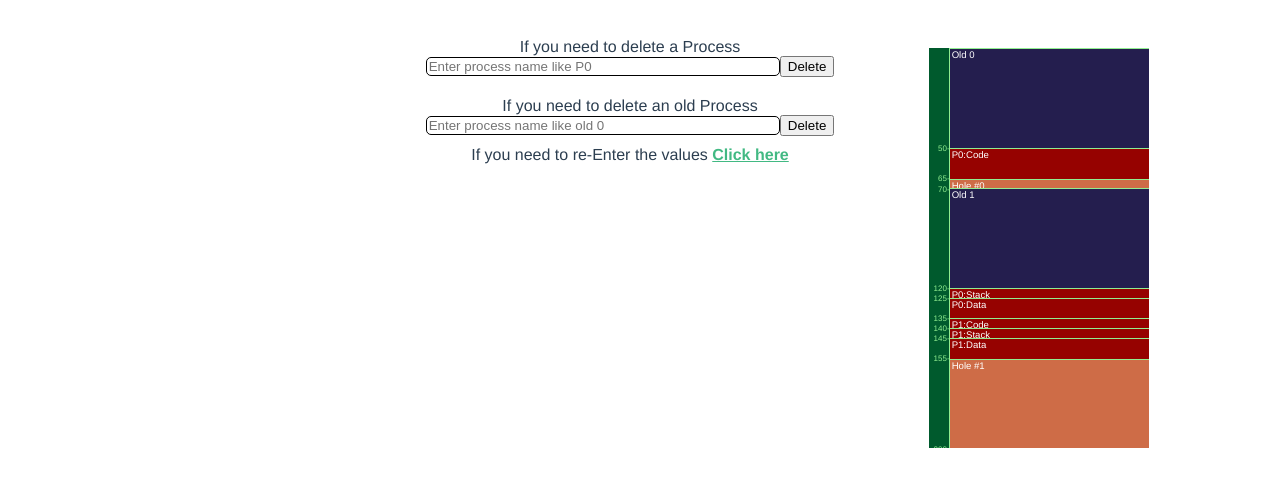
Repository: atout811/memory-allocation-project
Page: /#/final
An editor plug-in stored every save of this project. The page is shown before and after the next save, followed by the edit.
The browser window is 1280 px wide. The pictures show the whole page.
The project was rebuilt for these pictures with package versions that can differ from the ones it lists, and the page was loaded fresh each time. Also part of the build but not shown: src/views/MemoryAndHoles.vue, src/views/Process.vue, src/views/Methods.vue.

Above is the page before, as saved 2021-06-10 18:54:04.

### src/App.vue
<template>
  <router-view v-slot="{ Component }">
    <transition name="fade" mode="out-in">
      <component :is="Component" />
    </transition>
  </router-view>
</template>
<script>
import MemHole from "./views/MemoryAndHoles.vue";
export default {
  name: "App",
  components: { MemHole },
};
</script>
<style lang="scss">
#app {
  font-family: Avenir, Helvetica, Arial, sans-serif;
  -webkit-font-smoothing: antialiased;
  -moz-osx-font-smoothing: grayscale;
  text-align: center;
  color: #2c3e50;
  display: flex;
  flex-direction: column;
  align-items: center;
}
a {
  font-weight: bold;
  color: #42b983;

  &.router-link-exact-active {
    color: #42b983;
  }
}
.fade-enter-active,
.fade-leave-active {
  transition: opacity 0.5s ease;
}
.fade-enter-from, .fade-leave-to /* .fade-leave-active below version 2.1.8 */ {
  opacity: 0;
}
</style>

### src/views/Final.vue
<template>
  <div class="cont">
    <div class="inputs">
      <div>
        If you need to delete a Process
        <input
          type="text"
          placeholder="Enter process name like P0"
          v-model="delProcess"
          class="txt"
        />
        <input
          type="Button"
          value="Delete"
          placeholder="Enter process name like P0"
          @click="deleteProcess(delProcess, false, true)"
        />
      </div>
      <div>
        If you need to delete an old Process
        <input
          type="text"
          placeholder="Enter process name like old 0"
          v-model="delOld"
          class="txt"
        />
        <input
          type="Button"
          value="Delete"
          placeholder="Enter process name like P0"
          @click="deleteProcess(delOld, true, true)"
        />
        <div>
          If you need to re-Enter the values
          <router-link to="/"> Click here </router-link>
        </div>
      </div>
    </div>
    <div class="mem">
      <div class="memory"></div>
    </div>
  </div>
</template>

<script>
export default {
  name: "Final",

  data() {
    return {
      data: this.$store.state.input,
      delProcess: "",
      delOld: "",
    };
  },
  created: function () {
    let data = this.data;
    this.$store.state.input.Holes = data.Holes.map((item) => [
      Number(item.starting),
      Number(item.size),
    ]);

    let test = [];
    for (let index = 0; index < data.Processes.length; index++) {
      let item = data.Processes[index].segments;
      let temp = {};
      for (let j = 0; j < item.length; j++) {
        temp[item[j].name] = [Number(item[j].size)];
      }
      test[index] = [null, temp, data.Processes[index].name];
    }
    this.$store.state.input.Processes = [...test];
  },
  methods: {
    deleteProcess: function (delProcess, isOld) {
      const memory = document.querySelector("div.cont div.mem > .memory");

      const scale = 2;
      let data = this.data;
      let holes = data.Holes;
      // data.Holes.map((item) => [
      //   Number(item.starting),
      //   Number(item.size),
      // ]);

      // let holes = [
      //   [140, 100],
      //   [40, 80],
      //   [260, 90],
      // ];

      let totalMemorySize = Number(data.memSize);
      function orderHoles() {
        holes = holes.sort((a, b) => a[0] - b[0]);
      }
      function renderMemory() {
        memory.style.height = `${totalMemorySize * scale}px`;
      }
      renderMemory();
      let obj = {};
      // let test = data.Processes.map((item) => [
      //   null,
      //   item.segments.forEach((el) => {
      //     return Object.assign({ [el.name]: [Number(el.size)] });
      //   }),
      //   item.name,
      // ]);
      // let test = [];
      // for (let index = 0; index < data.Processes.length; index++) {
      //   let item = data.Processes[index].segments;
      //   let temp = {};
      //   for (let j = 0; j < item.length; j++) {
      //     temp[item[j].name] = [Number(item[j].size)];
      //   }
      //   test[index] = [null, temp, data.Processes[index].name];
      // }
      let processes = data.Processes;

      // processes = [
      //   [null, { code: [10], data: [30], stack: [16] }, "p1"],
      //   [null, { code: [15], data: [30], stack: [25] }, "p3"],
      //   [null, { code: [10], data: [40], stack: [18] }, "p2"],
      //   [null, { code: [12], data: [10], stack: [12] }, "p4"],
      // ]; //start,size,name
      console.log("prooooooooooocess: ", processes);
      let OldProcess = [];

      function generateOldProcess() {
        const firstHoleStart = holes[0][0];
        let flag;
        if (firstHoleStart > 0) {
          OldProcess.push([0, firstHoleStart, `old ${0}`]);
        }

        for (let h = 0; h < holes.length; h++) {
          const holeStart = holes[h][0];
          const HoleSize = holes[h][1];
          const HoleEnd = holeStart + HoleSize;

          if (h === holes.length - 1) {
            const lastHole = totalMemorySize - HoleEnd;
            if (HoleEnd < totalMemorySize)
              OldProcess.push([HoleEnd, lastHole, `old ${h + 1}`]);
          } else {
            const nextStart = holes[h + 1][0];
            OldProcess.push([HoleEnd, nextStart - HoleEnd, `old ${h + 1}`]);
          }
        }
      }
      // alert(holes[0][0])
      function renderHoles(type, holes) {
        // holes ==>
        for (let hole = 0; hole < holes.length; hole += 1) {
          const startingIndex = holes[hole][0];
          const size = holes[hole][1];

          // alert(hole)
          const holeBox = document.createElement("div");
          if (type === "old") {
            holeBox.innerText = holes[hole][2];
            holeBox.classList.add("oldProcess");
          } else if (type === "hole") {
            holeBox.innerText = "Hole #" + hole;
            holeBox.classList.add("hole");
          } else if (type === "process") {
            holeBox.innerText = holes[hole][2];
            holeBox.classList.add("process");
          }

          holeBox.style.top = `${startingIndex * scale}px`;
          holeBox.style.height = `${size * scale}px`;
          const endSize = document.createElement("span");
          const endSizeContainer = document.createElement("div");
          endSizeContainer.classList.add("endSizeContainer");
          endSizeContainer.appendChild(endSize);
          endSize.innerText = startingIndex + size;

          endSize.classList.add("holeEndIndex");
          if (startingIndex !== null) {
            holeBox.appendChild(endSizeContainer);
            memory.appendChild(holeBox);
          } else {
            // ERROR THE PROCESS CAN'T BE ALLOCATED
          }
        }
      }

      const totalProcessSize = (process) =>
        Object.values(process).reduce((prev, acc) => prev + acc);

      let method = data.Method;
      function allocate() {
        for (let p = 0; p < processes.length; p++) {
          // DON'T TOUCH MY SHIT 😡😡😡
          // firstFit(processes[p])
          if (method == "first-fit") {
            console.log("First");
            firstFit(processes[p]);
          } else if (method == "best-fit") {
            console.log("Best");
            bestFit(processes[p], true);
          } else if (method == "worse-fit") {
            console.log("Worse");
            bestFit(processes[p], false);
          }
        }
        console.log("PROCCESES", processes);
      }

      function getSmallestHole(tempHoles, segmentSize, isBest) {
        let smallestHole = isBest ? [0, 1000000] : [0, 0];

        tempHoles.forEach((hole, index) => {
          const [holeStart, holeSize] = hole;
          if (isBest) {
            if (holeSize > segmentSize && smallestHole[1] > holeSize) {
              smallestHole = hole;
              smallestHole[2] = index;
            } else if (
              smallestHole[2] === undefined &&
              index === tempHoles.length - 1
            ) {
              // couldn't find hole
              smallestHole[2] = -1;
            }
          } else {
            // worse fit (let largest hole)
            if (holeSize > segmentSize && smallestHole[1] < holeSize) {
              smallestHole = hole;
              smallestHole[2] = index;
            } else if (
              smallestHole[2] === undefined &&
              index === tempHoles.length - 1
            ) {
              // couldn't find hole
              smallestHole[2] = -1;
            }
          }
        });
        return smallestHole;
      }

      function bestFit(p, isBest) {
        // Allocate in the smallest hole
        const segments = p[1];
        let isAllProcessAllocated = true;
        let tempHoles = JSON.parse(JSON.stringify(holes));
        Object.entries(segments).forEach(
          // for each segment
          ([name, value]) => {
            const segmentSize = value[0];
            let smallest = getSmallestHole(tempHoles, segmentSize, isBest);
            const [holeStart, holeEnd, holeIndex] = smallest;
            if (holeIndex == -1) {
              console.log("PROCESS CAN NOt BE ALLOCATED", p);
              isAllProcessAllocated = false;
              p[0] = true;
            }

            value[1] = smallest[0];
            const segEnd = segmentSize + holeStart;

            if (holeIndex !== -1) {
              tempHoles[holeIndex][0] = segEnd;
              const oldHoleSize = tempHoles[holeIndex][1];
              tempHoles[holeIndex][1] = oldHoleSize - segmentSize;
            } else {
              console.log("BUBUBUB", holeIndex);
            }

            //    console.log("value",value)
            //    console.log("smallestHole",smallest)
            console.log("_________________");
          }
        );
        if (isAllProcessAllocated) holes = tempHoles;
      }

      function firstFit(p) {
        // forEach segment loop over the holes
        // create a temp allocation array
        // that array
        // const size =totalProcessSize
        const segments = p[1];
        let isAllProcessAllocated = true;
        let tempHoles = JSON.parse(JSON.stringify(holes));

        Object.entries(segments).forEach(([name, value]) => {
          tempHoles.every((hole, index) => {
            const [holeStart, holeSize] = hole;
            let [size, segmentStartingIndex] = value;
            if (size <= holeSize) {
              value[1] = tempHoles[index][0];
              const segEnd = size + holeStart;
              tempHoles[index][0] = segEnd;
              tempHoles[index][1] = tempHoles[index][1] - size;
              return false;
            } else {
              if (index === tempHoles.length - 1) {
                //😞 مش لاقي مكان
                isAllProcessAllocated = false;
                console.log("CATCH", p);
                p[0] = true;
              }
              return true;
            }
          });
        });
        if (isAllProcessAllocated) {
          holes = tempHoles;
        }
      }

      function renderProcess() {
        processes.forEach((p) => {
          // loop over segments:
          if (!p[0]) {
            Object.keys(p[1]).forEach((s) => {
              // console.log("SEGMEMT",[p[1][s][1],[p[1][s]][0]])
              renderHoles("process", [
                [p[1][s][1], p[1][s][0], `${p[2]}:${s}`],
              ]);
            });
          }
          // }else{
          // PROCESS CAN NOT BE ALLOCATED (NO ENGOUGH SPACE!)
          // }
        });
      }

      function concateHoles() {
        holes.forEach((h, index) => {
          const [start, size] = h;
          if (index < holes.length - 1) {
            const end = start + size;
            const [nextStart, nextSize] = holes[index + 1];
            if (end >= nextStart) {
              holes[index][1] = nextStart + nextSize - start;
              holes = [...holes.slice(0, index + 1), ...holes.slice(index + 2)];
              concateHoles();
            }
          }
        });
      }

      function deleteProcess(processName, isOld) {
        // create a hole
        console.log(
          "--------------------------------------------------------------------------------"
        );

        let start, ProcessSize, AfterDelete, segments;
        if (isOld) {
          // deleteProcess()
          const processIndex = OldProcess.findIndex(
            (p) => p[2] === processName
          );
          AfterDelete = [
            ...OldProcess.slice(0, processIndex),
            ...OldProcess.slice(processIndex + 1),
          ];
          // [start,segments,name] =processes[processIndex]
          start = OldProcess[processIndex][0];
          ProcessSize = OldProcess[processIndex][1];

          OldProcess = AfterDelete;
          holes.push([start, ProcessSize]);
        } else {
          const processIndex = processes.findIndex((p) => p[2] === processName);
          console.log("INDDDEX", processIndex);
          AfterDelete = [
            ...processes.slice(0, processIndex),
            ...processes.slice(processIndex + 1),
          ];
          //  recover Holes
          const [starter, segments] = processes[processIndex];
          Object.values(segments).forEach(([size, starting]) => {
            console.log(size, starting);
            holes.push([starting, size]);
          });
          processes = AfterDelete;
          console.log(processes);
          // console.log("hey", this.$store.state.input.Processes);
        }

        orderHoles();
        concateHoles();
        // [null,{code:10,data:30,stack:16},"p1"]
        render();
      }
      orderHoles();
      concateHoles();
      generateOldProcess();
      // deleteProcess("old 0",true)
      // deleteProcess("old 2",true)
      allocate();

      function clear() {
        while (memory.firstChild) {
          memory.removeChild(memory.lastChild);
        }
      }

      function render() {
        clear();
        renderHoles("hole", holes);
        renderHoles("old", OldProcess);
        renderProcess();
      }
      render();
      if (delProcess.length) {
        deleteProcess(delProcess, isOld);
      }
      // deleteProcess("p2",false)
      // deleteProcess("p1",false)
      // deleteProcess("p4",false)
    },
  },
  mounted: function () {
    const memory = document.querySelector("div.cont div.mem > .memory");
    console.log(memory);
    const scale = 2;
    let data = this.data;

    let holes = data.Holes;
    // data.Holes.map((item) => [
    //   Number(item.starting),
    //   Number(item.size),
    // ]);

    // let holes = [
    //   [140, 100],
    //   [40, 80],
    //   [260, 90],
    // ];

    let totalMemorySize = Number(data.memSize);
    function orderHoles() {
      holes = holes.sort((a, b) => a[0] - b[0]);
    }
    function renderMemory() {
      memory.style.height = `${totalMemorySize * scale}px`;
    }
    renderMemory();
    let obj = {};
    // let test = data.Processes.map((item) => [
    //   null,
    //   item.segments.forEach((el) => {
    //     return Object.assign({ [el.name]: [Number(el.size)] });
    //   }),
    //   item.name,
    // ]);
    // let test = [];
    // for (let index = 0; index < data.Processes.length; index++) {
    //   let item = data.Processes[index].segments;
    //   let temp = {};
    //   for (let j = 0; j < item.length; j++) {
    //     temp[item[j].name] = [Number(item[j].size)];
    //   }
    //   test[index] = [null, temp, data.Processes[index].name];
    // }
    let processes = data.Processes;
    console.log("prooooooooooocess: ", processes);
    let OldProcess = [];

    function generateOldProcess() {
      const firstHoleStart = holes[0][0];

      if (firstHoleStart > 0) {
        OldProcess.push([0, firstHoleStart, `old ${0}`]);
      }

      for (let h = 0; h < holes.length; h++) {
        const holeStart = holes[h][0];
        const HoleSize = holes[h][1];
        const HoleEnd = holeStart + HoleSize;

        if (h === holes.length - 1) {
          const lastHole = totalMemorySize - HoleEnd;
          if (HoleEnd < totalMemorySize)
            OldProcess.push([HoleEnd, lastHole, `old ${h + 1}`]);
        } else {
          const nextStart = holes[h + 1][0];
          OldProcess.push([HoleEnd, nextStart - HoleEnd, `old ${h + 1}`]);
        }
      }
    }
    // alert(holes[0][0])
    function renderHoles(type, holes) {
      // holes ==>
      for (let hole = 0; hole < holes.length; hole += 1) {
        const startingIndex = holes[hole][0];
        const size = holes[hole][1];

        // alert(hole)
        const holeBox = document.createElement("div");
        if (type === "old") {
          holeBox.innerText = holes[hole][2];
          holeBox.classList.add("oldProcess");
        } else if (type === "hole") {
          holeBox.innerText = "Hole #" + hole;
          holeBox.classList.add("hole");
        } else if (type === "process") {
          holeBox.innerText = holes[hole][2];
          holeBox.classList.add("process");
        }

        holeBox.style.top = `${startingIndex * scale}px`;
        holeBox.style.height = `${size * scale}px`;
        const endSize = document.createElement("span");
        const endSizeContainer = document.createElement("div");
        endSizeContainer.classList.add("endSizeContainer");
        endSizeContainer.appendChild(endSize);
        endSize.innerText = startingIndex + size;

        endSize.classList.add("holeEndIndex");
        if (startingIndex !== null) {
          holeBox.appendChild(endSizeContainer);
          memory.appendChild(holeBox);
        } else {
          // ERROR THE PROCESS CAN'T BE ALLOCATED
        }
      }
    }

    const totalProcessSize = (process) =>
      Object.values(process).reduce((prev, acc) => prev + acc);

    let method = data.Method;
    function allocate() {
      for (let p = 0; p < processes.length; p++) {
        // DON'T TOUCH MY SHIT 😡😡😡
        // firstFit(processes[p])
        if (method == "first-fit") {
          console.log("First");
          firstFit(processes[p]);
        } else if (method == "best-fit") {
          console.log("Best");
          bestFit(processes[p], true);
        } else if (method == "worse-fit") {
          console.log("Worse");
          bestFit(processes[p], false);
        }
      }
      console.log("PROCCESES", processes);
    }

    function getSmallestHole(tempHoles, segmentSize, isBest) {
      let smallestHole = isBest ? [0, 1000000] : [0, 0];

      tempHoles.forEach((hole, index) => {
        const [holeStart, holeSize] = hole;
        if (isBest) {
          if (holeSize > segmentSize && smallestHole[1] > holeSize) {
            smallestHole = hole;
            smallestHole[2] = index;
          } else if (
            smallestHole[2] === undefined &&
            index === tempHoles.length - 1
          ) {
            // couldn't find hole
            smallestHole[2] = -1;
          }
        } else {
          // worse fit (let largest hole)
          if (holeSize > segmentSize && smallestHole[1] < holeSize) {
            smallestHole = hole;
            smallestHole[2] = index;
          } else if (
            smallestHole[2] === undefined &&
            index === tempHoles.length - 1
          ) {
            // couldn't find hole
            smallestHole[2] = -1;
          }
        }
      });
      return smallestHole;
    }

    function bestFit(p, isBest) {
      // Allocate in the smallest hole
      const segments = p[1];
      let isAllProcessAllocated = true;
      let tempHoles = JSON.parse(JSON.stringify(holes));
      Object.entries(segments).forEach(
        // for each segment
        ([name, value]) => {
          const segmentSize = value[0];
          let smallest = getSmallestHole(tempHoles, segmentSize, isBest);
          const [holeStart, holeEnd, holeIndex] = smallest;
          if (holeIndex == -1) {
            console.log("PROCESS CAN NOt BE ALLOCATED", p);
            isAllProcessAllocated = false;
            p[0] = true;
          }

          value[1] = smallest[0];
          const segEnd = segmentSize + holeStart;

          if (holeIndex !== -1) {
            tempHoles[holeIndex][0] = segEnd;
            const oldHoleSize = tempHoles[holeIndex][1];
            tempHoles[holeIndex][1] = oldHoleSize - segmentSize;
          } else {
            console.log("BUBUBUB", holeIndex);
          }

          //    console.log("value",value)
          //    console.log("smallestHole",smallest)
          console.log("_________________");
        }
      );
      if (isAllProcessAllocated) holes = tempHoles;
    }

    function firstFit(p) {
      // forEach segment loop over the holes
      // create a temp allocation array
      // that array
      // const size =totalProcessSize
      const segments = p[1];
      let isAllProcessAllocated = true;
      let tempHoles = JSON.parse(JSON.stringify(holes));

      Object.entries(segments).forEach(([name, value]) => {
        tempHoles.every((hole, index) => {
          const [holeStart, holeSize] = hole;
          let [size, segmentStartingIndex] = value;
          if (size <= holeSize) {
            value[1] = tempHoles[index][0];
            const segEnd = size + holeStart;
            tempHoles[index][0] = segEnd;
            tempHoles[index][1] = tempHoles[index][1] - size;
            return false;
          } else {
            if (index === tempHoles.length - 1) {
              //😞 مش لاقي مكان
              isAllProcessAllocated = false;
              console.log("CATCH", p);
              p[0] = true;
            }
            return true;
          }
        });
      });
      if (isAllProcessAllocated) {
        holes = tempHoles;
      }
    }

    function renderProcess() {
      processes.forEach((p) => {
        // loop over segments:
        if (!p[0]) {
          Object.keys(p[1]).forEach((s) => {
            // console.log("SEGMEMT",[p[1][s][1],[p[1][s]][0]])
            renderHoles("process", [[p[1][s][1], p[1][s][0], `${p[2]}:${s}`]]);
          });
        }
        // }else{
        // PROCESS CAN NOT BE ALLOCATED (NO ENGOUGH SPACE!)
        // }
      });
    }

    function concateHoles() {
      holes.forEach((h, index) => {
        const [start, size] = h;
        if (index < holes.length - 1) {
          const end = start + size;
          const [nextStart, nextSize] = holes[index + 1];
          if (end >= nextStart) {
            holes[index][1] = nextStart + nextSize - start;
            holes = [...holes.slice(0, index + 1), ...holes.slice(index + 2)];
            concateHoles();
          }
        }
      });
    }

    function deleteProcess(processName, isOld) {
      // create a hole
      let start, ProcessSize, AfterDelete, segments;
      if (isOld) {
        // deleteProcess()
        const processIndex = OldProcess.findIndex((p) => p[2] === processName);
        AfterDelete = [
          ...OldProcess.slice(0, processIndex),
          ...OldProcess.slice(processIndex + 1),
        ];
        // [start,segments,name] =processes[processIndex]
        start = OldProcess[processIndex][0];
        ProcessSize = OldProcess[processIndex][1];

        OldProcess = AfterDelete;
        holes.push([start, ProcessSize]);
      } else {
        const processIndex = processes.findIndex((p) => p[2] === processName);
        console.log("INDDDEX", processIndex);
        AfterDelete = [
          ...processes.slice(0, processIndex),
          ...processes.slice(processIndex + 1),
        ];
        //  recover Holes
        const [starter, segments] = processes[processIndex];
        Object.values(segments).forEach(([size, starting]) => {
          console.log(size, starting);
          holes.push([starting, size]);
        });
        processes = AfterDelete;
      }

      orderHoles();
      concateHoles();
      // [null,{code:10,data:30,stack:16},"p1"]
      render();
    }
    orderHoles();
    concateHoles();
    generateOldProcess();
    // deleteProcess("old 0",true)
    // deleteProcess("old 2",true)
    allocate();

    function clear() {
      while (memory.firstChild) {
        memory.removeChild(memory.lastChild);
      }
    }

    function render() {
      clear();
      renderHoles("hole", holes);
      renderHoles("old", OldProcess);
      renderProcess();
    }
    render();

    //deleteProcess("P2", false);
    // deleteProcess("p1",false)
    // deleteProcess("p4",false)
  },
};
</script>

<style scoped >
/* .memory >>> body {
  display: flex;
  flex-direction: column;
  justify-content: right;
  height: 100vh;

  margin: 0;
  font-family: "Courier New", Courier, monospace;
} */
div {
  margin: 10px;
}
.txt {
  width: 70%;
  border-radius: 5px;
  border: 1px solid;
}
.cont {
  display: grid;
}
.inputs {
  grid-column: 1;
  display: flex;
  flex-direction: column;
}
.memory >>> h1 {
  color: blueviolet;
  font-size: 0.6rem;
}
.mem {
  grid-column: 4;
}
.memory {
  background-color: #005a2d;
  font-size: 0.6rem;
  /* padding: 20px; */
  /* border-radius: 5px; */
  display: flex;
  flex-direction: column;
  width: 200px;
  align-self: flex-end;
  height: 1150px;
  /* top: 5%; */
  position: absolute;
  padding-left: 20px;
  overflow: hidden;
  margin: 20px;
}
.memory >>> .hole {
  background-color: #ce6c47;
  /* border: 0.7px solid #0f0; */
  border: 1px solid lightgreen;
  margin-top: 1px;
  /* height: 100px; */
  display: flex;
  /* align-self: center; */
  width: 100%;
  color: white;

  /* align-items: center; */
  /* justify-content: center; */
  position: absolute;
}
.memory >>> .oldProcess {
  background-color: #241e4e;
  /* border: 0.7px solid darkred; */
  color: white;
  display: flex;
  border: 1px solid lightgreen;
  width: 100%;
  position: absolute;
}
.memory >>> .process {
  background-color: #960200;
  /* border-bottom: 0.7px solid #eae7af; */
  /* border-top: 0.7px solid lightgreen; */
  display: flex;
  width: 100%;
  position: absolute;
  color: white;
  border: 1px solid lightgreen;
}

.memory >>> .hole,
.memory >>> .oldProcess,
.memory >>> .process {
  font-size: 0.6rem;
  text-transform: capitalize;
  padding-left: 2px;
  color: #fff;
  border-top: 0.2px solid lightgreen;
}

.memory >>> .endSizeContainer {
  /* background-color: red !important; */
  width: 20px;
  z-index: 1000;
  color: lightgreen !important;
  color: #ccc;
  font-size: 0.5rem;

  position: absolute;
  top: calc(100% - 5.4px);
  text-align: right;
  display: block;
  left: -20px;
}
.memory >>> .holeEndIndex::after {
  content: "-";
}
</style>

Loaded but not shown: public/index.html (common file); src/main.js (common file); src/store/index.js (35 lines, source omitted); src/router/index.js (35 lines, source omitted)

After the next save:
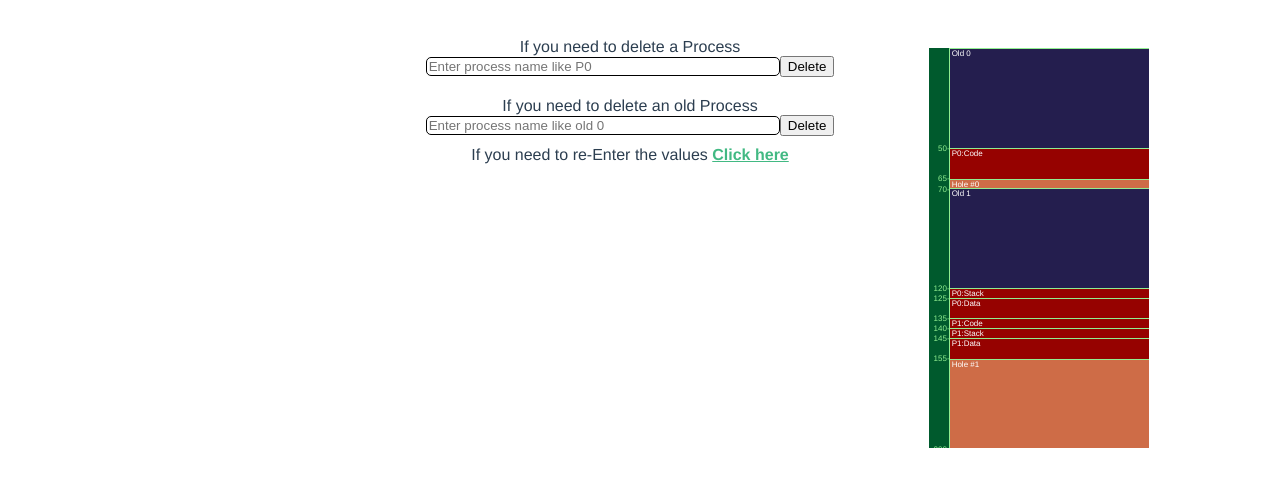
Saved 2 min 31 s later.
--- a/src/views/Final.vue
+++ b/src/views/Final.vue
@@ -772,14 +772,13 @@ div {
 }
 .memory >>> h1 {
   color: blueviolet;
-  font-size: 0.6rem;
 }
 .mem {
   grid-column: 4;
 }
 .memory {
   background-color: #005a2d;
-  font-size: 0.6rem;
+
   /* padding: 20px; */
   /* border-radius: 5px; */
   display: flex;
@@ -831,7 +830,7 @@ div {
 .memory >>> .hole,
 .memory >>> .oldProcess,
 .memory >>> .process {
-  font-size: 0.6rem;
+  font-size: 0.5rem;
   text-transform: capitalize;
   padding-left: 2px;
   color: #fff;
